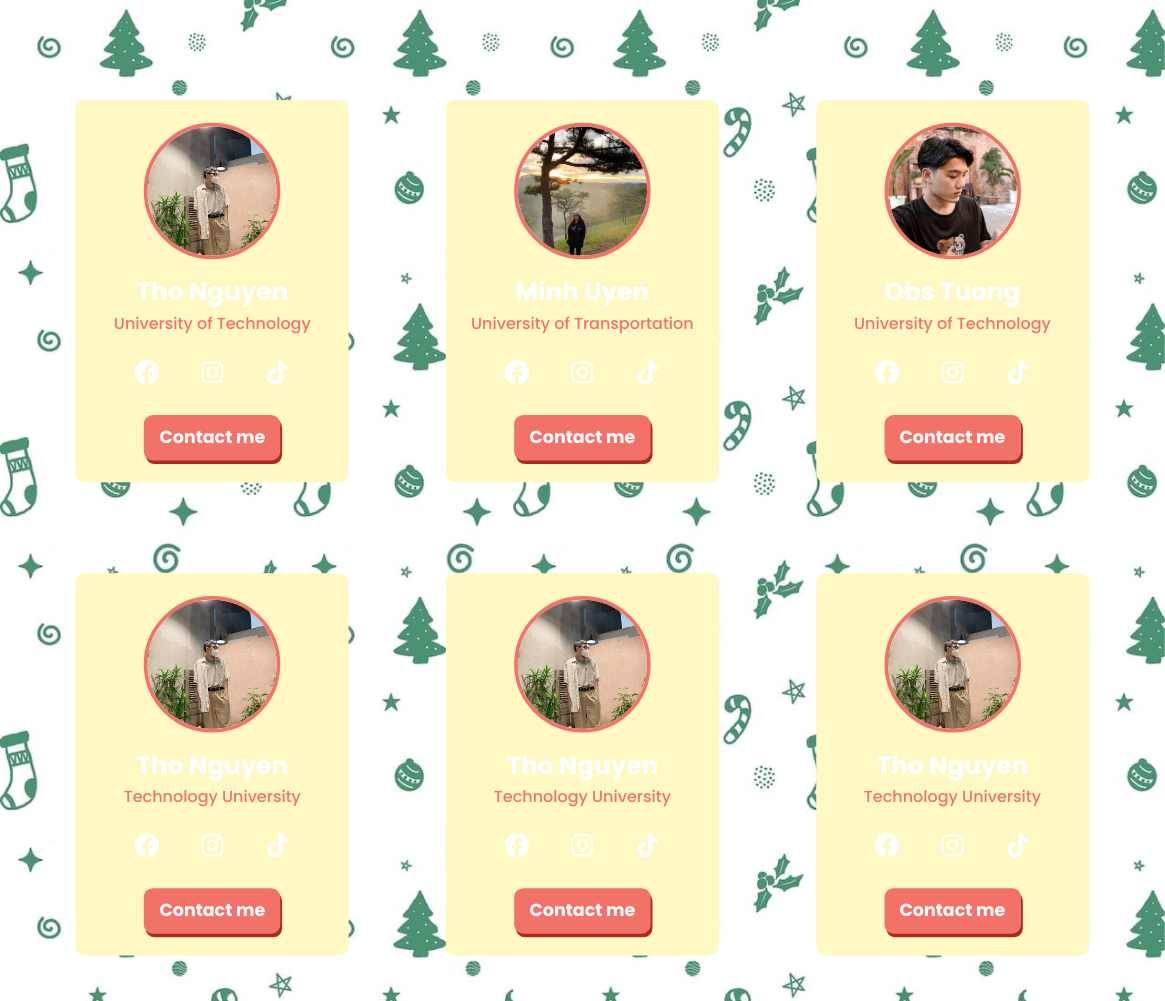
Repository: lausamtuong/profileCard
Page: index.html
The author's editor kept a copy of each file at every save. The page is drawn from the files as they stood at one save, then again after a run of saves.
The browser window is 1280 px wide. The pictures show the whole page, at 91% of full size.
The style sheet was rebuilt from its Sass, Less or Tailwind sources for each picture, by a compiler version that may differ from the author's.

Above is the page before, as saved 2021-12-14 18:41:13.

### index.html
<!DOCTYPE html>
<html lang="en">
<head>
    <meta charset="UTF-8">
    <meta http-equiv="X-UA-Compatible" content="IE=edge">
    <meta name="viewport" content="width=device-width, initial-scale=1.0">
    <link rel="stylesheet" href="style.css">
    <link href="https://fonts.googleapis.com/css2?family=Lato:ital,wght@1,700;1,900&family=Poppins:wght@400;500;700&display=swap" rel="stylesheet">
    <link href='https://unpkg.com/boxicons@2.1.1/css/boxicons.min.css' rel='stylesheet'>

    <title>Document</title>
</head>
<body background="snow.jpg">
    <div class="card__list">
        <div class="card__item">

            <div class="card__image">
                <img src="tho.jpg" alt="">
            </div>
            <div class="card__name">Tho Nguyen</div>
            <div class="card__school">University of Technology </div>
            <div class="card__social">
                <a href="https://www.facebook.com/profile.php?id=100013469562736">
                    <i class='bx bxl-facebook-circle'></i>
                </a>
                <a href="https://www.instagram.com/huutho_0809/"> <i class='bx bxl-instagram' ></i></a>
                <a href="https://www.tiktok.com/@05ulu05?"> <i class='bx bxl-tiktok'></i></a>

            </div>
            <div class="card__btn">Contact me</div>
        </div>
        <div class="card__item">

            <div class="card__image">
                <img src="uyen.jpg" alt="">
            </div>
            <div class="card__name">Minh Uyen</div>
            <div class="card__school">University of Transportation </div>
            <div class="card__social">
                <a href="https://www.facebook.com/minhuyen.truong.75">
                    <i class='bx bxl-facebook-circle'></i>
                </a>
                <a href="https://www.instagram.com/minh_ieng/"> <i class='bx bxl-instagram' ></i></a>
                <a href="https://www.tiktok.com/@05ulu05?"> <i class='bx bxl-tiktok'></i></a>

            </div>
            <div class="card__btn">Contact me</div>
        </div>
        <div class="card__item">

            <div class="card__image">
                <img src="tuong.jpg" alt="">
            </div>
            <div class="card__name">Obs Tuong</div>
            <div class="card__school">University of Technology</div>
            <div class="card__social">
                <a href="https://www.facebook.com/profile.php?id=100013469562736">
                    <i class='bx bxl-facebook-circle'></i>
                </a>
                <a href=""> <i class='bx bxl-instagram' ></i></a>
                <a href=""> <i class='bx bxl-tiktok'></i></a>

            </div>
            <div class="card__btn">Contact me</div>
        </div>
        <div class="card__item">

            <div class="card__image">
                <img src="tho.jpg" alt="">
            </div>
            <div class="card__name">Tho Nguyen</div>
            <div class="card__school">Technology University</div>
            <div class="card__social">
                <a href="https://www.facebook.com/profile.php?id=100013469562736">
                    <i class='bx bxl-facebook-circle'></i>
                </a>
                <a href=""> <i class='bx bxl-instagram' ></i></a>
                <a href=""> <i class='bx bxl-tiktok'></i></a>

            </div>
            <div class="card__btn">Contact me</div>
        </div>
        <div class="card__item">

            <div class="card__image">
                <img src="tho.jpg" alt="">
            </div>
            <div class="card__name">Tho Nguyen</div>
            <div class="card__school">Technology University</div>
            <div class="card__social">
                <a href="https://www.facebook.com/profile.php?id=100013469562736">
                    <i class='bx bxl-facebook-circle'></i>
                </a>
                <a href=""> <i class='bx bxl-instagram' ></i></a>
                <a href=""> <i class='bx bxl-tiktok'></i></a>

            </div>
            <div class="card__btn">Contact me</div>
        </div>
        <div class="card__item">

            <div class="card__image">
                <img src="tho.jpg" alt="">
            </div>
            <div class="card__name">Tho Nguyen</div>
            <div class="card__school">Technology University</div>
            <div class="card__social">
                <a href="https://www.facebook.com/profile.php?id=100013469562736">
                    <i class='bx bxl-facebook-circle'></i>
                </a>
                <a href=""> <i class='bx bxl-instagram' ></i></a>
                <a href=""> <i class='bx bxl-tiktok'></i></a>

            </div>
            <div class="card__btn">Contact me</div>
        </div>


    </div>
</body>
</html>

### style.scss
*{
    margin: 0;
    padding: 0;
    box-sizing: border-box;
}
html{
    font-family: 'Poppins', sans-serif;
}
:root {
    --pink-color: #f2726a;
  }
body{
    height: 100vh;
  //  background-image: linear-gradient(to right, #af4d96, #3d8);
}
.card{

    &__list{
        margin: 120px auto;
      display: flex;
      flex-wrap: wrap;
      justify-content: space-around;
      margin: 60px 30px;

    }
    &__item{
        width:300px;
        height:420px;
        background-color: #fff8c3;
        margin: 50px 20px;
        border-radius: 10px;
    }
    &__image{
        width: 150px;
        height: 150px;
        overflow: hidden;
        transition: 0.25s;
        margin: 0 auto;
        transform: translateY(25px);
        border-radius: 50%;
        border: 4px solid var(--pink-color);

        cursor: pointer;
        &:hover{
            width: 100%;
            height: 100%;
            border-radius: unset;
            border: unset;
            transform: unset;
           img{
               border-radius: 10px;
           }
             }
        }
      &__name{
          color:#fff;
          font-weight: 700;
          font-size: 1.7rem;
          text-align: center;
          margin-top: 40px;
      }
      &__school{
          font-weight: 500;
          font-size: 1.1rem;
          text-align: center;
          color:var(--pink-color)
      }
      &__social{

          font-size: 2rem;
          display:flex;
          justify-content: center;
          margin:20px;
          a{
              margin: 0 20px;
              color:#fff;
          }
      }
      &__btn{
          width:150px;
          height: 50px;

          background-color:var(--pink-color);
          border-radius: 10px;
          margin:0 auto;
          margin-top: 20px;
          font-weight: 700;
          font-size: 1.2rem;
          text-align: center;
            padding-top:10px;
            color:#fff;
            box-shadow: 2px 4px 0 0 rgb(172, 41, 41);
            cursor:pointer;
            &:hover{
                opacity:0.9;
            }
            &:active{
                transform: translateY(2px) ;
                box-shadow: 2px 2px 0 0 rgb(172, 41, 41);
            }
      }
    }
img{
        width: 100%;
        height: 100%;
        object-fit: cover;
        object-position: center;
    }

.card__image:hover  ~.card__name,
.card__image:hover ~.card__school,
.card__image:hover ~.card__social,
.card__image:hover ~.card__btn
{
    display:none;
}

After the next 2 saves:
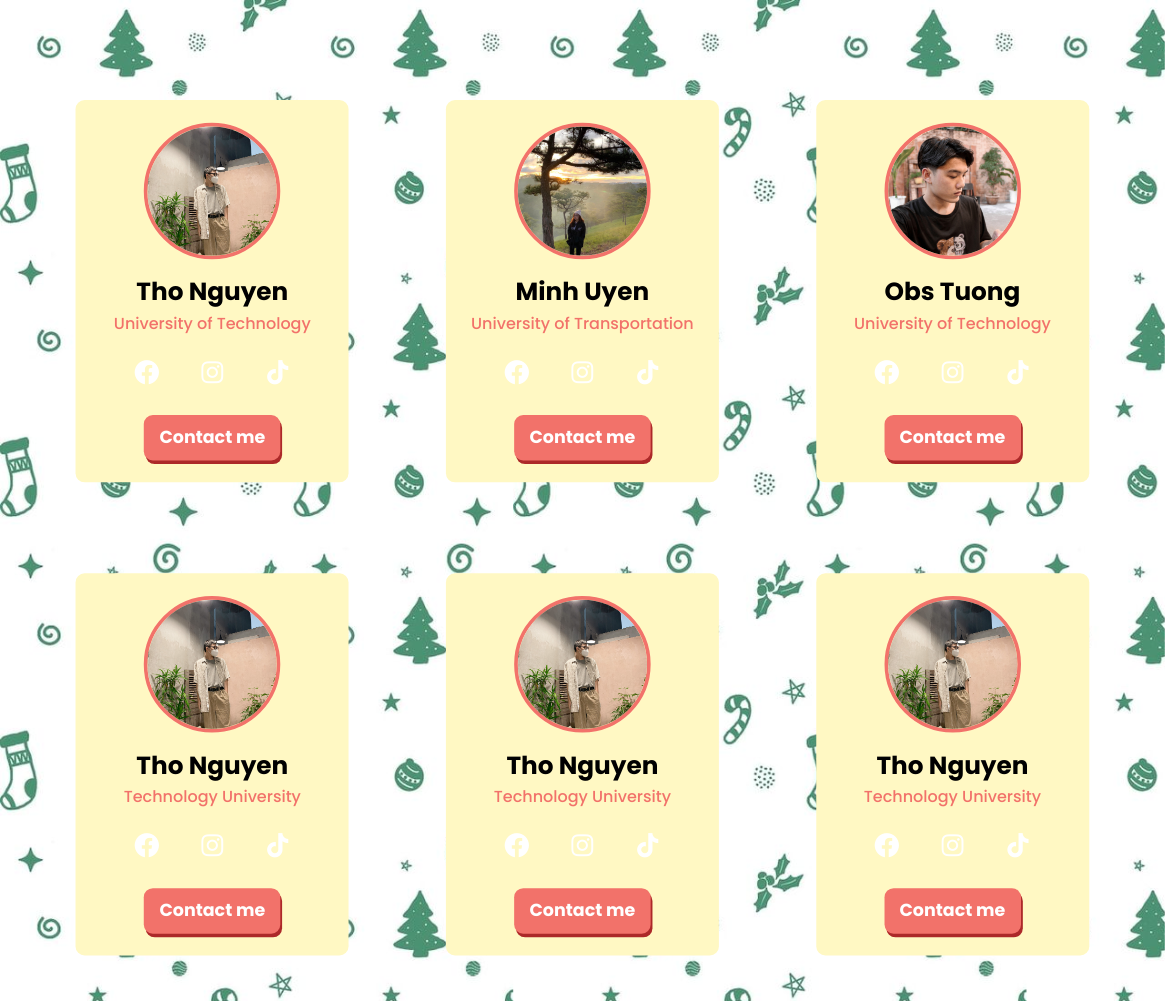
The 2 saves are shown as one change because they came seconds apart.
The last was saved 10 s later.
--- a/style.scss
+++ b/style.scss
@@ -53,7 +53,7 @@ body{
              }
         }
       &__name{
-          color:#fff;
+          color:#000;
           font-weight: 700;
           font-size: 1.7rem;
           text-align: center;
